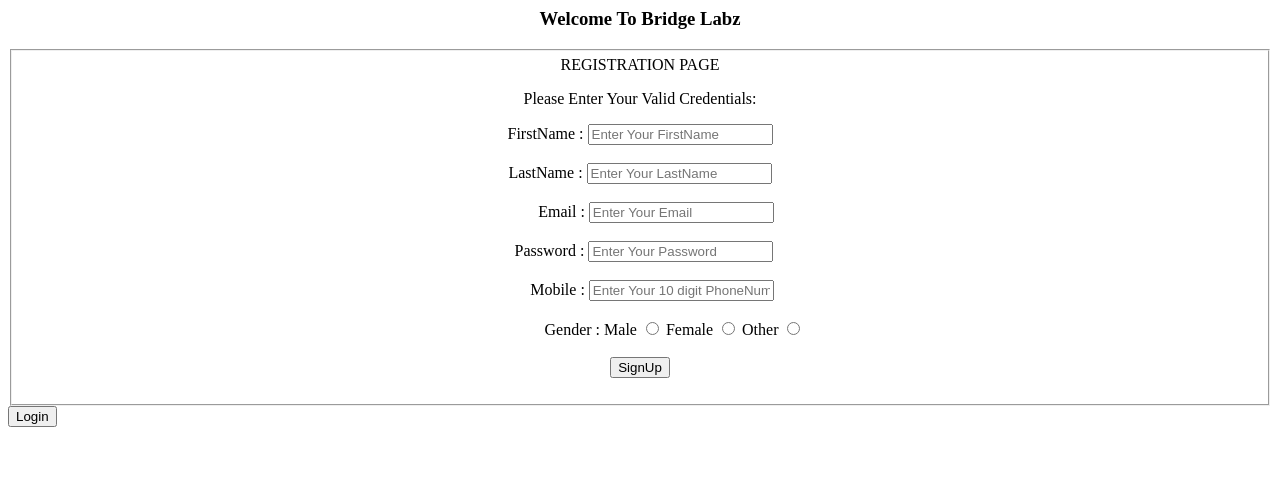
Repository: msibgathulla9980/Servlet
Page: ServletJdbcApp/WebContent/Registration.html
The author's editor kept a copy of each file at every save. The page is drawn from the files as they stood at one save, then again after a run of saves.
The browser window is 1280 px wide. The pictures show the whole page.

Above is the page before, as saved 2019-01-24 04:57:57.

### ServletJdbcApp/WebContent/Registration.html
<html>
<head>
<h3><b><center>Welcome To Bridge Labz</center></b></h3>
</head>
<title>BridgeLabz Registration</title>
<body>
<fieldset>
<center>
<form action="Register" method="post">
<legend>REGISTRATION PAGE</legend>
<center><p>Please Enter Your Valid Credentials: </p></center>
FirstName : <input type="text" name="firstName" placeholder="Enter Your FirstName" required/><br><br>
LastName : <input type="text" name="lastName" placeholder="Enter Your LastName" required/><br><br>
&nbsp;&nbsp;&nbsp;&nbsp;&nbsp;&nbsp;&nbsp;&nbsp;Email : <input type="email" name="email" placeholder="Enter Your Email" required/><br><br>
&nbsp;&nbsp;Password : <input type="password" name="password" placeholder="Enter Your Password" required/><br><br>
&nbsp;&nbsp;&nbsp;&nbsp;&nbsp;&nbsp;Mobile   : <input type="text" name="phoneNumber" placeholder="Enter Your 10 digit PhoneNumber" required/><br><br>
&nbsp;&nbsp;&nbsp;&nbsp;&nbsp;&nbsp;&nbsp;&nbsp;&nbsp;&nbsp;&nbsp;&nbsp;&nbsp;&nbsp;&nbsp;&nbsp;&nbsp;Gender   :
<label for="male">Male</label>
  <input type="radio" name="gender" id="male" value="male" >
  <label for="female">Female</label>
 <input type="radio" name="gender" id="female" value="female" >
  <label for="other">Other</label>
 <input type="radio" name="gender" id="other" value="other" ><br><br>
<input type="submit" name="submit" value="SignUp"/>
</fieldset>
</form>
<a href=login.html ><input type="submit" value="Login"/></a>
<center>
</body>
</html>

After the next 2 saves:
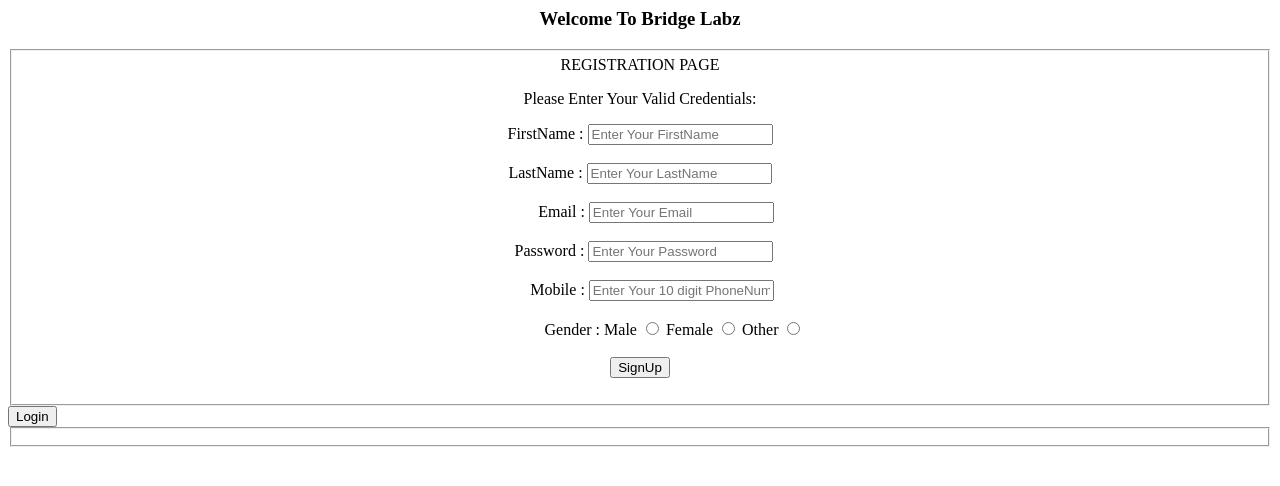
The 2 saves are shown as one change because they came seconds apart.
The last was saved 13 s later.
--- a/ServletJdbcApp/WebContent/Registration.html
+++ b/ServletJdbcApp/WebContent/Registration.html
@@ -25,6 +25,7 @@
 </fieldset>
 </form>
 <a href=login.html ><input type="submit" value="Login"/></a>
-<center>
+</center>
+<fieldset>
 </body>
 </html>
